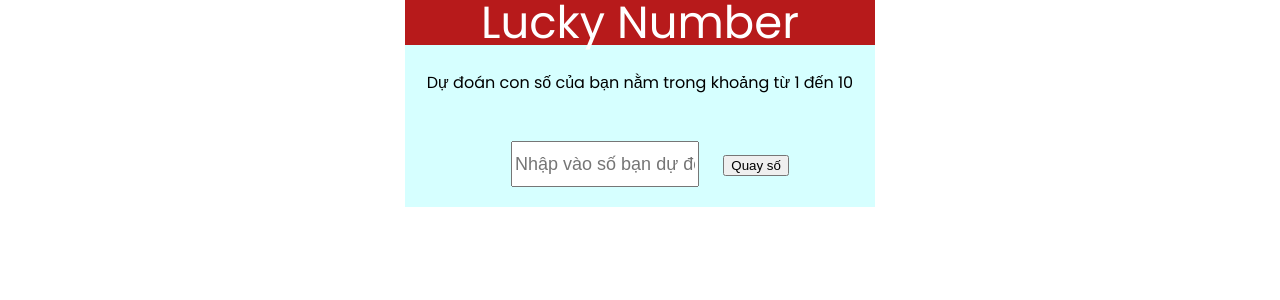
Repository: whis16720/PhuNguyen-C4EJS-D15
Page: index.html
The author's editor kept a copy of each file at every save. The page is drawn from the files as they stood at one save, then again after the next save.
The browser window is 1280 px wide. The pictures show the whole page.
The style sheet was rebuilt from its Sass, Less or Tailwind sources for each picture, by a compiler version that may differ from the author's.

Above is the page before, as saved 2020-09-22 19:46:16.

### index.html
<!DOCTYPE html>
<html lang="en">
<head>
	<meta charset="UTF-8">
	<meta name="viewport" content="width=device-width, initial-scale=1.0">
	<title>Document</title>
	<link rel="stylesheet" href="style.css">
	<link rel="stylesheet" href="reset.css">
	<link href="https://fonts.googleapis.com/css2?family=Poppins:wght@200;300;400;600;700&display=swap" rel="stylesheet">
	<script src="index.js"></script>
</head>
<body>
	<div class="game">
		<h1 class="game__name">Lucky Number</h1>
		<p class="game__details">Dự đoán con số của bạn nằm trong khoảng từ 1 đến 10</p>
		<form class="game__play">
			<input type="text" placeholder="Nhập vào số bạn dự đoán" class="game__input">
			<button class="game__btn">Quay số</button>
		</form>

	</div>
</body>
</html>

### style.scss
.game {
  font-family: "Poppins", sans-serif;
  width: 470px;
  margin: auto;
  background-color: #d6ffff;
  &__name {
    text-align: center;
    font-size: 45px;
    background-color: #b71a1b;
    color: white;
    margin-bottom: 30px;
  }
  &__details {
    text-align: center;
    margin-bottom: 30px;
  }
  &__play {
    text-align: center;
  }
  &__input {
    width: 180px;
    height: 40px;
    margin: 20px;
    font-size: 18px;
  }
}

Loaded but not shown: reset.css (common file); index.js (no copy from this time; the picture is the same without it)

After the next save:
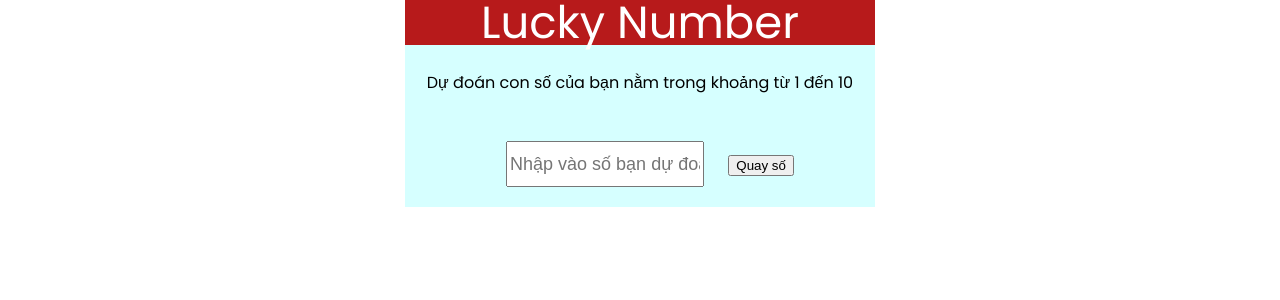
Saved 9 s later.
--- a/style.scss
+++ b/style.scss
@@ -18,7 +18,7 @@
     text-align: center;
   }
   &__input {
-    width: 180px;
+    width: 190px;
     height: 40px;
     margin: 20px;
     font-size: 18px;
